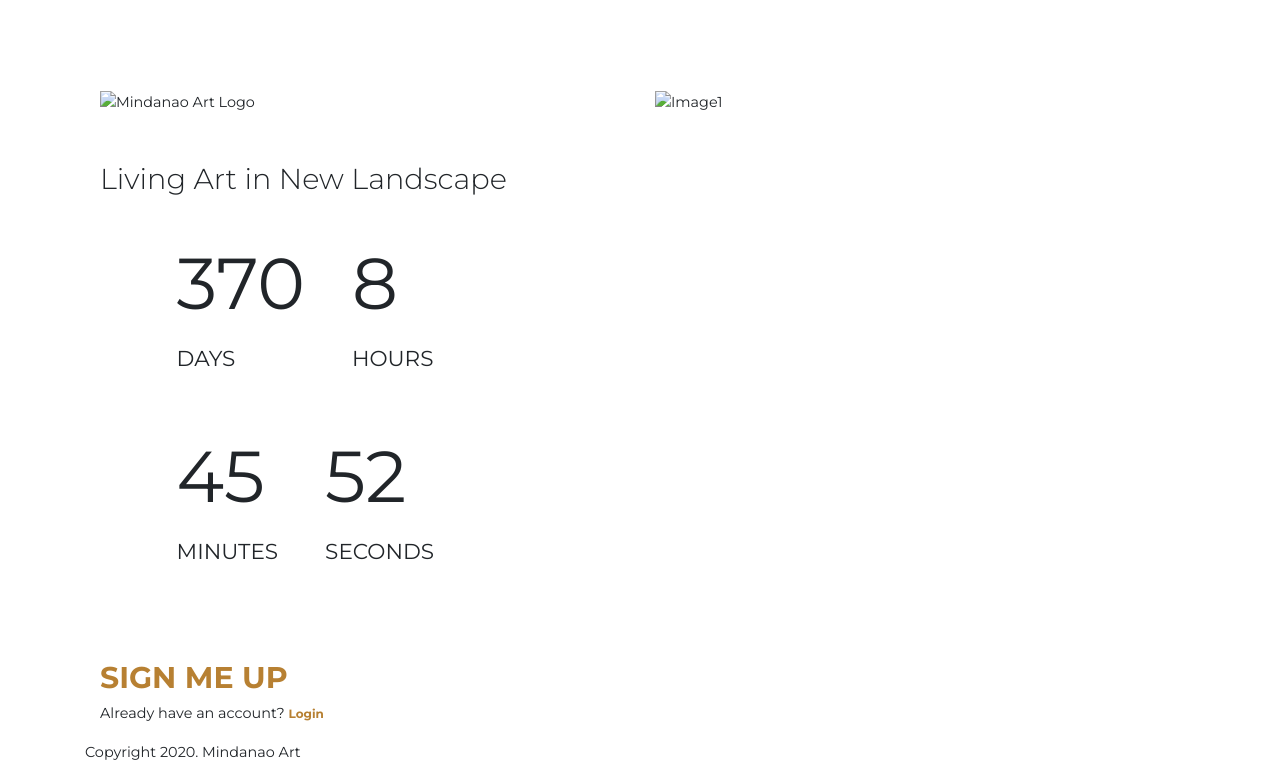
Repository: KleKlai/project-exodus
Page: http://localhost/
The author's editor kept a copy of each file at every save. The page is drawn from the files as they stood at one save, then again after the next save.
The browser window is 1280 px wide. The pictures show the whole page.
The page is served by the project's Laravel application, run on PHP 8.4 with Laravel 8.

Above is the page before, as saved 2020-10-02 18:48:24.

After the next save:
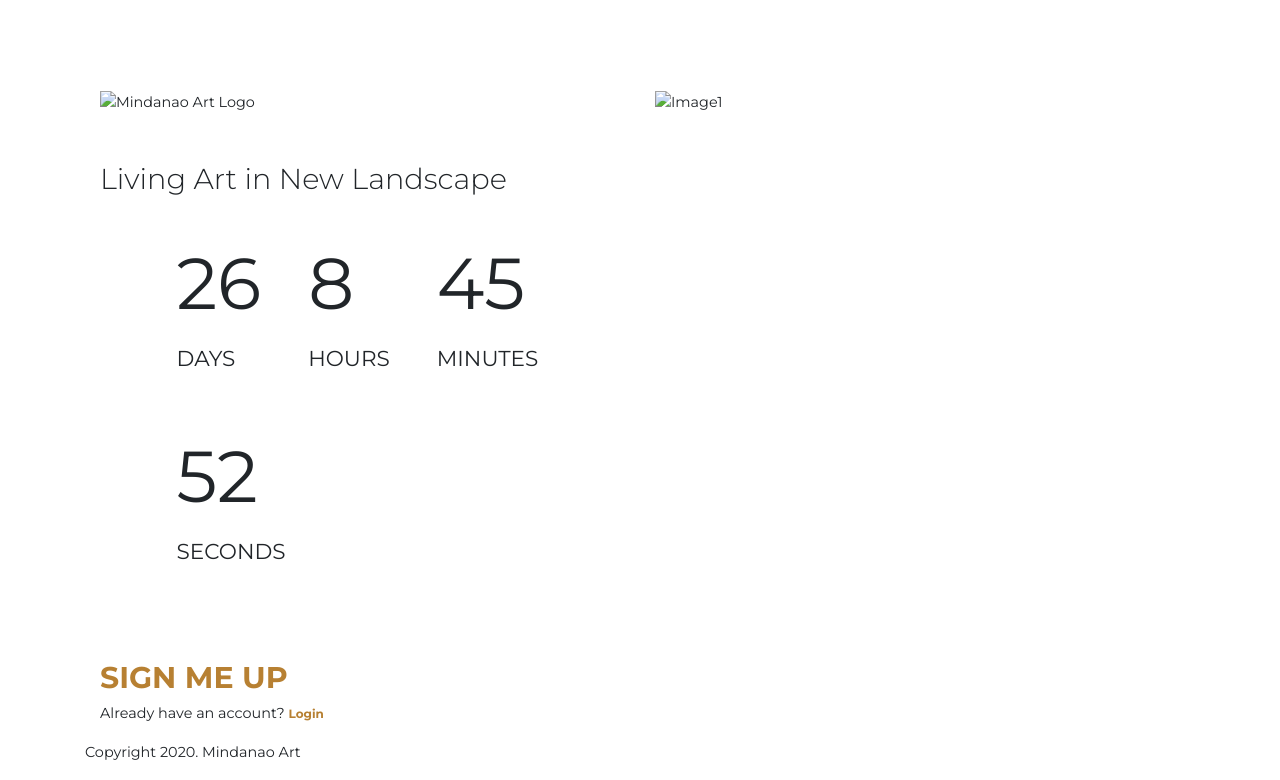
Saved 34 s later.
--- a/resources/views/welcome.blade.php
+++ b/resources/views/welcome.blade.php
@@ -307,7 +307,7 @@
                         minute = second * 60,
                         hour = minute * 60,
                         day = hour * 24,
-                        birthday = "Sep 30, 2021 00:00:00";
+                        birthday = "Oct 21, 2020 00:00:00";
 
                 let countDown = new Date(birthday).getTime(),
                     x = setInterval(function() {
